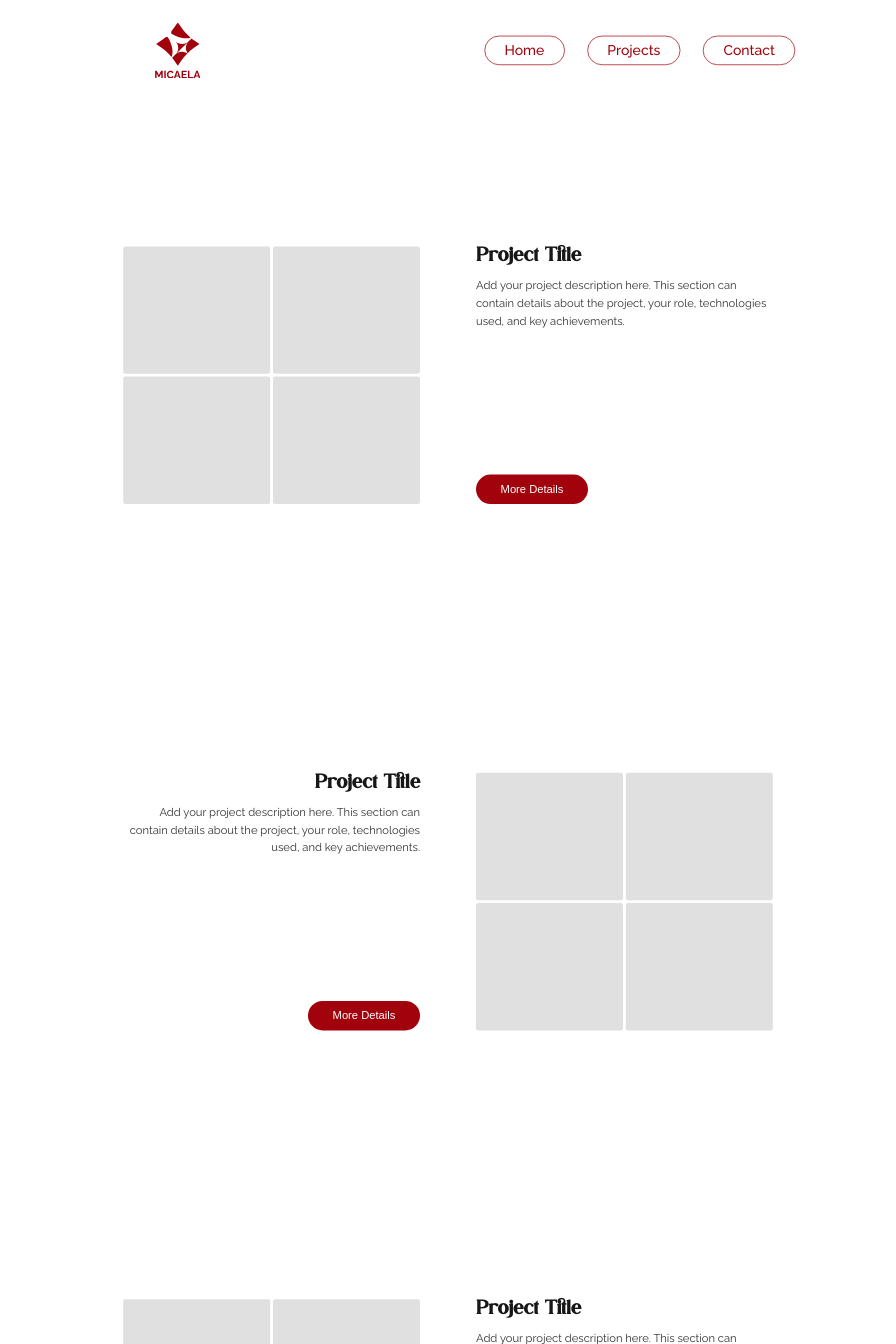
Repository: Micaelavalmores/Micaela-Portfolio
Page: /home-page
These files come from the project's save history. The page is drawn as it stood at one moment and after the next save; the edit follows.
The browser window is 1280 px wide. The pictures show the part of the page from y = 0 to 1920 px (the page is 3184 px tall), at 70% of full size.
The project was rebuilt for these pictures with package versions that can differ from the ones it lists, and the page was loaded fresh each time. The framework's server and built-in components were replaced by stand-ins that run in the browser. Also part of the build but not shown: next.config.mjs.

Above is the page before, as saved 2026-01-27 12:09:43.

### app/layout.js

import { Geist } from "next/font/google";
import { Raleway } from "next/font/google";
import "./globals.css";

const geistSans = Geist({
  variable: "--font-geist-sans",
  subsets: ["latin"],
});

const raleway = Raleway({
  variable: "--font-raleway",
  subsets: ["latin"],
});



export const metadata = {
  title: "Micaela Valmores",
  description: "Generated by create next app",
  icons: {
    icon: "/logos/micaela-logo.svg",
  },
};

export default function RootLayout({ children }) {
  return (
    <html lang="en">
      <body className={`${raleway.variable}`}>
        {children}
      </body>
    </html>
  );
}

### app/home-page/page.js
import Link from 'next/link'
import styles from '../page.module.css'
import FtProj from '../components/FtProj'
import Navbar from '../components/Navbar'

export default function HomePage() {
  return (
    <main className={styles.page}>
        <Navbar />
      <div className={styles['Proj-sec']}>
        <FtProj reversed={false}/>
        <FtProj reversed={true} />
        <FtProj reversed={false}/>
        <FtProj reversed={true} />
      </div>
    </main>
  )
}

### app/globals.css
:root {
  --background: #ffffff;
  --foreground: #171717;
  --font-ghaista: 'Ghaista', var(--font-raleway);
}

@font-face {
  font-family: 'Ghaista';
  src: url('/fonts/Ghaitsa.ttf') format('truetype');
  font-weight: 400;
  font-style: normal;
  font-display: swap;
}

@media (prefers-color-scheme: dark) {
  :root {
    --background: #0a0a0a;
    --foreground: #ffffff;
  }
}

html,
body {
  max-width: 100vw;
  overflow-x: hidden;
}

body {
  color: var(--foreground);
  background: var(--background);
  font-family: var(--font-raleway);
  -webkit-font-smoothing: antialiased;
  -moz-osx-font-smoothing: grayscale;
}

* {
  box-sizing: border-box;
  padding: 0;
  margin: 0;
}

a {
  color: inherit;
  text-decoration: none;
}

@media (prefers-color-scheme: dark) {
  html {
    color-scheme: dark;
  }
}

/* Horizontal page margins */
body {
  margin-left: 10rem;
  margin-right: 10rem;
}

/* Tablet: screens between iPhone and iPad */
@media (min-width: 430px) and (max-width: 1024px) {
  body {
    margin-left: 4rem;
    margin-right: 4rem;
  }
}

/* iPad Pro 13in — reduce margins to 7rem */
@media (min-width: 1024px) and (max-width: 1366px) {
  body {
    margin-left: 7rem;
    margin-right: 7rem;
  }
}

/* Mobile horizontal margins: any width smaller than 430px */
@media (max-width: 430px) {
  body {
    margin-left: 3rem;
    margin-right: 3rem;
  }
}

### app/page.module.css
.page {
  --background: #fafafa;
  --foreground: #fff;

  --text-primary: #000;
  --text-secondary: #666;

  --button-primary-hover: #383838;
  --button-secondary-hover: #f2f2f2;
  --button-secondary-border: #ebebeb;

  display: grid;
  grid-template-columns: 1fr;
  min-height: 100vh;
  font-family: var(--font-geist-sans);
  background-color: var(--background);
}

.Proj-sec {
  display: flex;
  flex-direction: column;
  align-items: center;
  gap: 2rem;
  padding: 2rem;
  background-color: #ffff;
}

.main {
  display: flex;
  min-height: 100vh;
  width: 100%;
  max-width: 800px;
  flex-direction: column;
  align-items: flex-start;
  justify-content: space-between;
  background-color: var(--foreground);
  padding: 120px 60px;
}

.intro {
  display: flex;
  flex-direction: column;
  align-items: flex-start;
  text-align: left;
  gap: 24px;
}

.intro h1 {
  max-width: 320px;
  font-size: 40px;
  font-weight: 600;
  line-height: 48px;
  letter-spacing: -2.4px;
  text-wrap: balance;
  color: var(--text-primary);
}

.intro p {
  max-width: 440px;
  font-size: 18px;
  line-height: 32px;
  text-wrap: balance;
  color: var(--text-secondary);
}

.intro a {
  font-weight: 500;
  color: var(--text-primary);
}

.ctas {
  display: flex;
  flex-direction: row;
  width: 100%;
  max-width: 440px;
  gap: 16px;
  font-size: 14px;
}

.ctas a {
  display: flex;
  justify-content: center;
  align-items: center;
  height: 40px;
  padding: 0 16px;
  border-radius: 128px;
  border: 1px solid transparent;
  transition: 0.2s;
  cursor: pointer;
  width: fit-content;
  font-weight: 500;
}

a.primary {
  background: var(--text-primary);
  color: var(--background);
  gap: 8px;
}

a.secondary {
  border-color: var(--button-secondary-border);
}

/* Enable hover only on non-touch devices */
@media (hover: hover) and (pointer: fine) {
  a.primary:hover {
    background: var(--button-primary-hover);
    border-color: transparent;
  }

  a.secondary:hover {
    background: var(--button-secondary-hover);
    border-color: transparent;
  }
}

@media (max-width: 600px) {
  .main {
    padding: 48px 24px;
  }

  .intro {
    gap: 16px;
  }

  .intro h1 {
    font-size: 32px;
    line-height: 40px;
    letter-spacing: -1.92px;
  }
}

@media (prefers-color-scheme: dark) {
  .logo {
    filter: invert();
  }

  .page {
    --background: #000;
    --foreground: #000;

    --text-primary: #ededed;
    --text-secondary: #999;

    --button-primary-hover: #ccc;
    --button-secondary-hover: #1a1a1a;
    --button-secondary-border: #1a1a1a;
  }
}

### app/components/FtProj.js
'use client';

import styles from './FtProj.module.css';

/*
  HOW TO USE:
  The FtProj component has two layout states controlled by the reversed prop:
  1. Default (reversed={false}): Images on left, text on right (left-justified)
  2. Reversed (reversed={true}): Text on left (right-justified), images on right

  Layout changes can only be controlled in the backend by passing the reversed prop.
  Users cannot change the layout.

  Usage examples:
  <FtProj /> - Standard layout
  <FtProj reversed={true} /> - Reversed layout
*/

export default function FtProj({ reversed = false }) {
  return (
    <div className={`${styles.container} ${reversed ? styles.reversed : ''}`}>
      {/* Left Column - Text (if reversed) / Images (if standard) */}
      {!reversed ? (
        // Standard: Images on left
        <div className={styles.imagesColumn}>
          <div className={styles.imagePlaceholder}></div>
          <div className={styles.imagePlaceholder}></div>
          <div className={styles.imagePlaceholder}></div>
          <div className={styles.imagePlaceholder}></div>
        </div>
      ) : (
        // Reversed: Text on left
        <div className={styles.textColumn}>
          <div className={styles.textContent}>
            <h2>Project Title</h2>
            <p>Add your project description here. This section can contain details about the project, your role, technologies used, and key achievements.</p>
          </div>
          <button className={styles.projectButton}>More Details</button>
        </div>
      )}

      {/* Right Column - Text (if standard) / Images (if reversed) */}
      {!reversed ? (
        // Standard: Text on right
        <div className={styles.textColumn}>
          <div className={styles.textContent}>
            <h2>Project Title</h2>
            <p>Add your project description here. This section can contain details about the project, your role, technologies used, and key achievements.</p>
          </div>
          <button className={styles.projectButton}>More Details</button>
        </div>
      ) : (
        // Reversed: Images on right
        <div className={styles.imagesColumn}>
          <div className={styles.imagePlaceholder}></div>
          <div className={styles.imagePlaceholder}></div>
          <div className={styles.imagePlaceholder}></div>
          <div className={styles.imagePlaceholder}></div>
        </div>
      )}
    </div>
  );
}

### app/components/Navbar.js
import Link from "next/link";
import Image from "next/image";
import styles from "./Navbar.module.css";

export default function Navbar() {
  return (
    <nav className={styles.navbar}>
      <Link href="/" className={styles.logoContainer}>
        <Image
          src="/logos/logo-name.svg"
          alt="Micaela Valmores"
          width={220}
          height={80}
          priority
        />
      </Link>

      <ul className={styles.navLinks}>
        <li>
          <Link href="/">Home</Link>
        </li>
        <li>
          <Link href="/projects-page">Projects</Link>
        </li>
        <li>
          <Link href="/contact">Contact</Link>
        </li>
      </ul>
    </nav>
  );
}

### app/components/FtProj.module.css
.container {
  width: 60rem;
  height: 25rem;
  display: grid;
  grid-template-columns: 1fr 1fr;
  gap: 5rem;
  padding: 1rem;
  margin: 10rem 0;
}

.container.reversed {
  grid-template-columns: 1fr 1fr;
}

.reversed .textContent {
  text-align: right;
}

.reversed .textColumn {
  text-align: right;
}

.reversed .projectButton {
  justify-self: end;
}

.imagesColumn {
  display: grid;
  grid-template-columns: 1fr 1fr;
  gap: 0.2rem;
}

.imagePlaceholder {
  width: 100%;
  height: 100%;
  background-color: #e0e0e0;
  border-radius: 0.2rem;
}

.textColumn {
  display: grid;
  grid-template-rows: 1fr auto;
  gap: 2rem;
}

.textContent {
  display: flex;
  flex-direction: column;
}

.textColumn h2 {
  margin: 0 0 1rem 0;
  font-size: 1.75rem;
  font-family: ghaista;
}

.textColumn p {
  margin: 0;
  line-height: 1.6;
  color: #333;
  font-size: 1rem;
}

.projectButton {
  align-self: start;
  width: 10rem;
  padding: 0.75rem 1.5rem;
  background-color: #A2020C;
  color: #fff;
  border: none;
  border-radius: 5rem;
  font-size: 1rem;
  cursor: pointer;
}

.projectButton:hover {
  background-color: #b62d36;
}

### app/components/Navbar.module.css
.navbar {
  display: flex;
  justify-content: space-between;
  width: 100%;
  align-items: center;
  padding: 2rem 2rem;
  background-color: #ffffff;
  position: sticky;
  top: 0;
  z-index: 1000;
}

.logoContainer {
  display: flex;
  align-items: center;
  transition: opacity 0.3s ease;
}

.logoContainer:hover {
  opacity: 0.8;
}

.navLinks {
  display: flex;
  gap: 2rem;
  list-style: none;
  margin: 0;
  padding: 0;
  align-items: center;
}

.navLinks li {
  margin: 0;
}

.navLinks a {
  text-decoration: none;
  color: #A2020C;
  font-size: 1.25rem;
  font-weight: 500;
  transition: color 0.3s ease;
  position: relative;
  border: solid 1px #A2020C;
  border-radius: 3rem;
  padding: 0.50rem 1.75rem;
}

.navLinks a:hover {
  color: #0070f3;
}



.navLinks a:hover::after {
  width: 100%;
}

/* Responsive design */
/* @media (max-width: 768px) {
  .navbar {
    padding: 1rem 1.5rem;
  }

  .navLinks {
    gap: 1.5rem;
  }

  .navLinks a {
    font-size: 0.9rem;
  }
} */

/* @media (max-width: 480px) {
  .navbar {
    padding: 0.75rem 1rem;
  }

  .navLinks {
    gap: 1rem;
  }

  .navLinks a {
    font-size: 0.85rem;
  }
} */

After the next save:
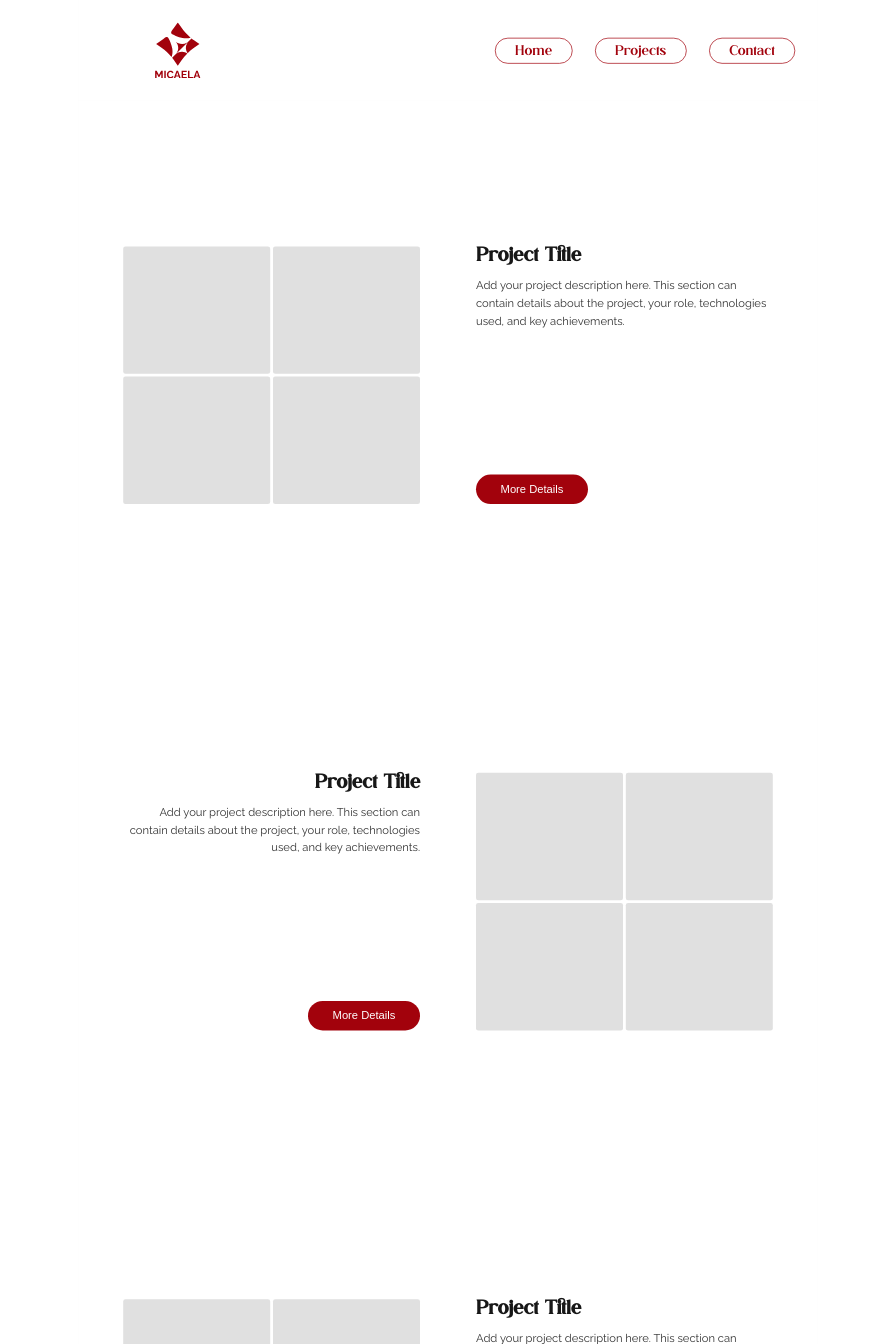
Saved 24 s later.
--- a/app/components/Navbar.module.css
+++ b/app/components/Navbar.module.css
@@ -43,6 +43,7 @@
   border: solid 1px #A2020C;
   border-radius: 3rem;
   padding: 0.50rem 1.75rem;
+  font-family: ghaista;
 }
 
 .navLinks a:hover {
